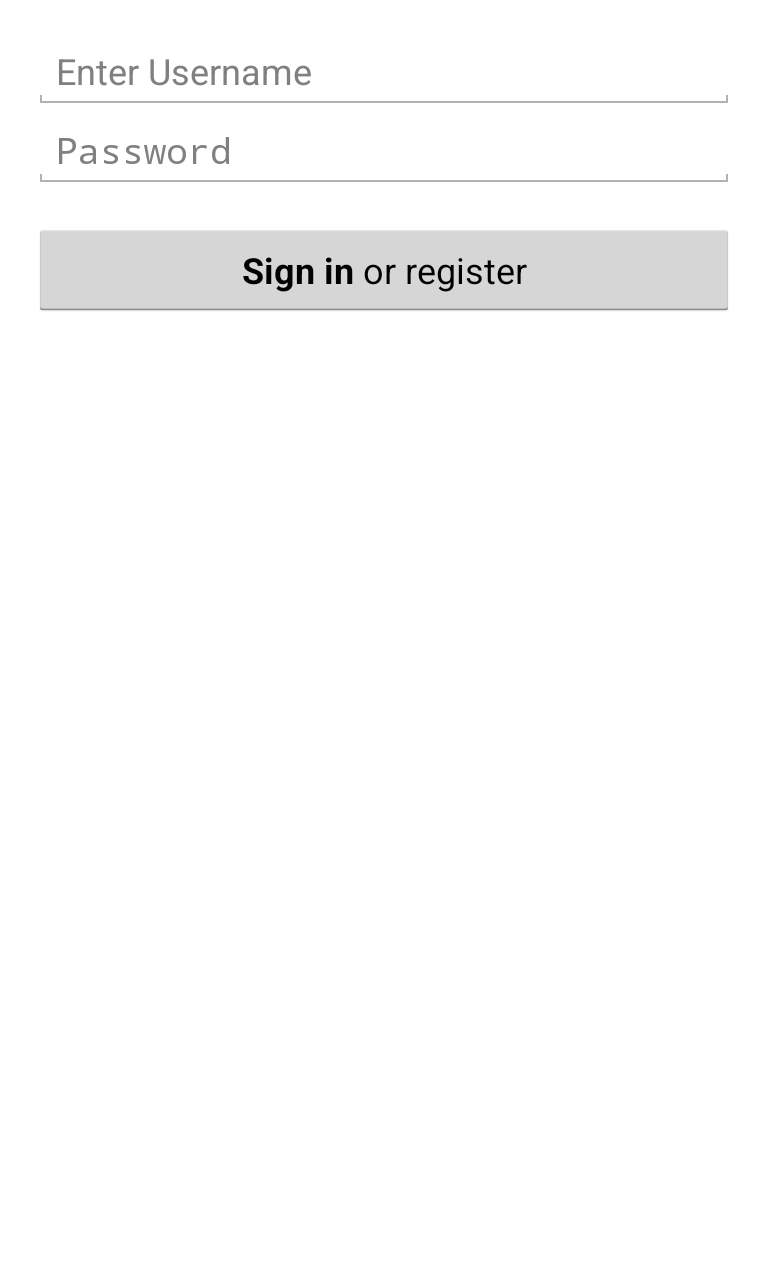
Repository: 12030121070/FeedbackForms
Layout: MT/res/layout/activity_login.xml
The author's editor kept a copy of each file at every save. The layout is drawn from the files as they stood at one save, then again after the next save.
It is drawn on a 768 x 1280 px phone screen (xhdpi) without system bars, with theme AppTheme; the app's code is not run.

Above is the layout before, as saved 2015-01-28 03:18:30.

### MT/res/layout/activity_login.xml
<merge xmlns:android="http://schemas.android.com/apk/res/android"
    xmlns:tools="http://schemas.android.com/tools"
    android:layout_width="wrap_content"
    android:layout_height="wrap_content"
    tools:context=".LoginActivity" >

    <!-- Login progress -->

    <LinearLayout
        android:id="@+id/login_status"
        android:layout_width="wrap_content"
        android:layout_height="wrap_content"
        android:layout_gravity="center"
        android:gravity="center_horizontal"
        android:orientation="vertical"
        android:visibility="gone" >

        <ProgressBar
            style="?android:attr/progressBarStyleLarge"
            android:layout_width="wrap_content"
            android:layout_height="wrap_content"
            android:layout_marginBottom="8dp" />

        <TextView
            android:id="@+id/login_status_message"
            android:layout_width="wrap_content"
            android:layout_height="wrap_content"
            android:layout_marginBottom="16dp"
            android:fontFamily="sans-serif-light"
            android:text="@string/login_progress_signing_in"
            android:textAppearance="?android:attr/textAppearanceMedium" />
    </LinearLayout>

    <!-- Login form -->

    <ScrollView
        android:id="@+id/login_form"
        android:layout_width="match_parent"
        android:layout_height="match_parent" >

        <LinearLayout
            style="@style/LoginFormContainer"
            android:layout_width="match_parent"
            android:layout_height="match_parent"
            android:orientation="vertical" >

            <EditText
                android:id="@+id/email"
                android:layout_width="match_parent"
                android:layout_height="wrap_content"
                android:inputType="textEmailAddress"
                android:maxLines="1"
                android:singleLine="true"
                android:hint="Enter Username" />

            <EditText
                android:id="@+id/password"
                android:layout_width="match_parent"
                android:layout_height="wrap_content"
                android:hint="@string/prompt_password"
                android:imeActionId="@+id/login"
                android:imeActionLabel="@string/action_sign_in_short"
                android:imeOptions="actionUnspecified"
                android:inputType="textPassword"
                android:maxLines="1"
                android:singleLine="true" />

            <LinearLayout
                android:layout_width="match_parent"
                android:layout_height="wrap_content"
                android:orientation="horizontal" >

                <Button
                    android:id="@+id/sign_in_button"
                    android:layout_width="match_parent"
                    android:layout_height="wrap_content"
                    android:layout_marginTop="16dp"
                    android:paddingLeft="32dp"
                    android:paddingRight="32dp"
                    android:text="@string/action_sign_in_register"
                    android:weight="1" />

                <Button
                    android:id="@+id/button1"
                    android:paddingLeft="32dp"
                    android:paddingRight="32dp"
                    android:layout_marginTop="16dp"
                    android:layout_width="match_parent"
                    android:layout_height="wrap_content"
                    android:text="Exit"
                    android:weight="1" />

            </LinearLayout>

            </LinearLayout>

    </ScrollView>

</merge>

Loaded but not shown: MT/res/values/styles.xml (common file); MT/res/values-v11/styles.xml (common file); MT/res/values-v14/styles.xml (common file); MT/res/values/strings_activity_login.xml (common file)

After the next save:
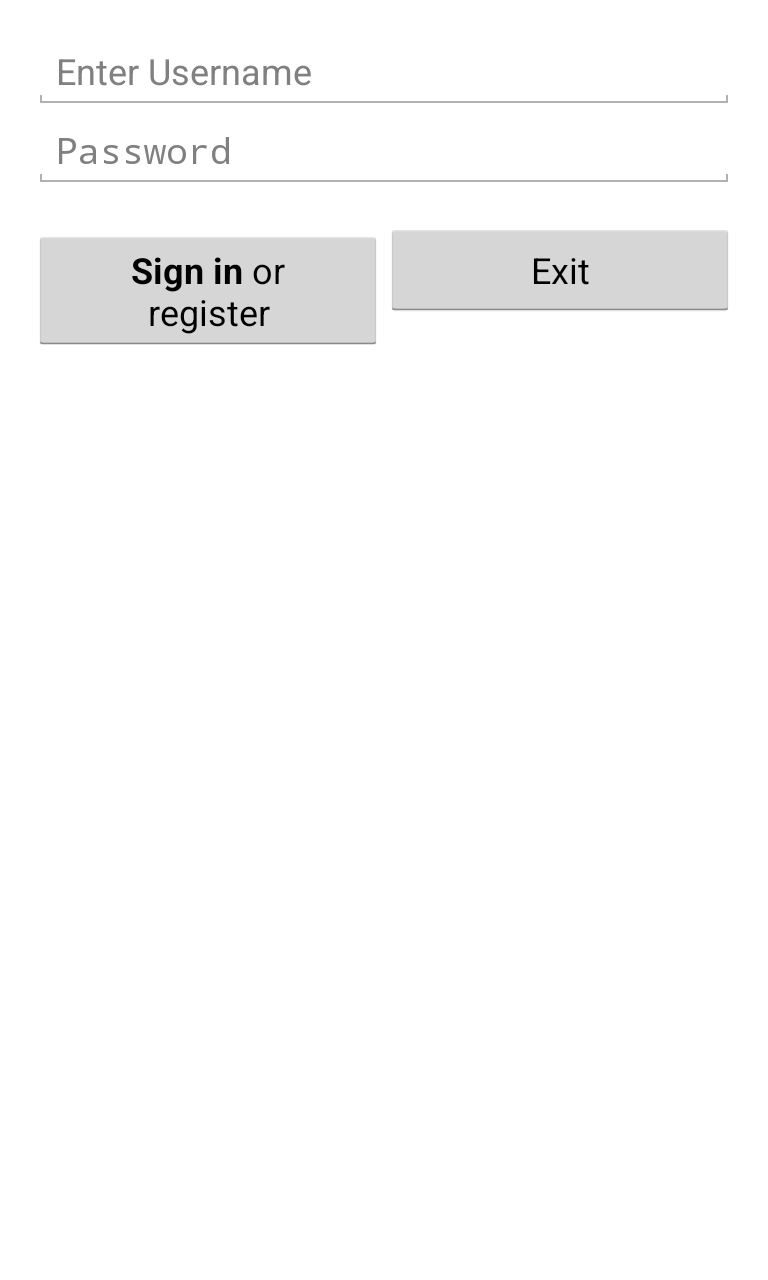
Saved 97 s later.
--- a/MT/res/layout/activity_login.xml
+++ b/MT/res/layout/activity_login.xml
@@ -78,7 +78,7 @@
                     android:paddingLeft="32dp"
                     android:paddingRight="32dp"
                     android:text="@string/action_sign_in_register"
-                    android:weight="1" />
+                    android:layout_weight="1" />
 
                 <Button
                     android:id="@+id/button1"
@@ -88,7 +88,7 @@
                     android:layout_width="match_parent"
                     android:layout_height="wrap_content"
                     android:text="Exit"
-                    android:weight="1" />
+                    android:layout_weight="1" />
 
             </LinearLayout>
 
